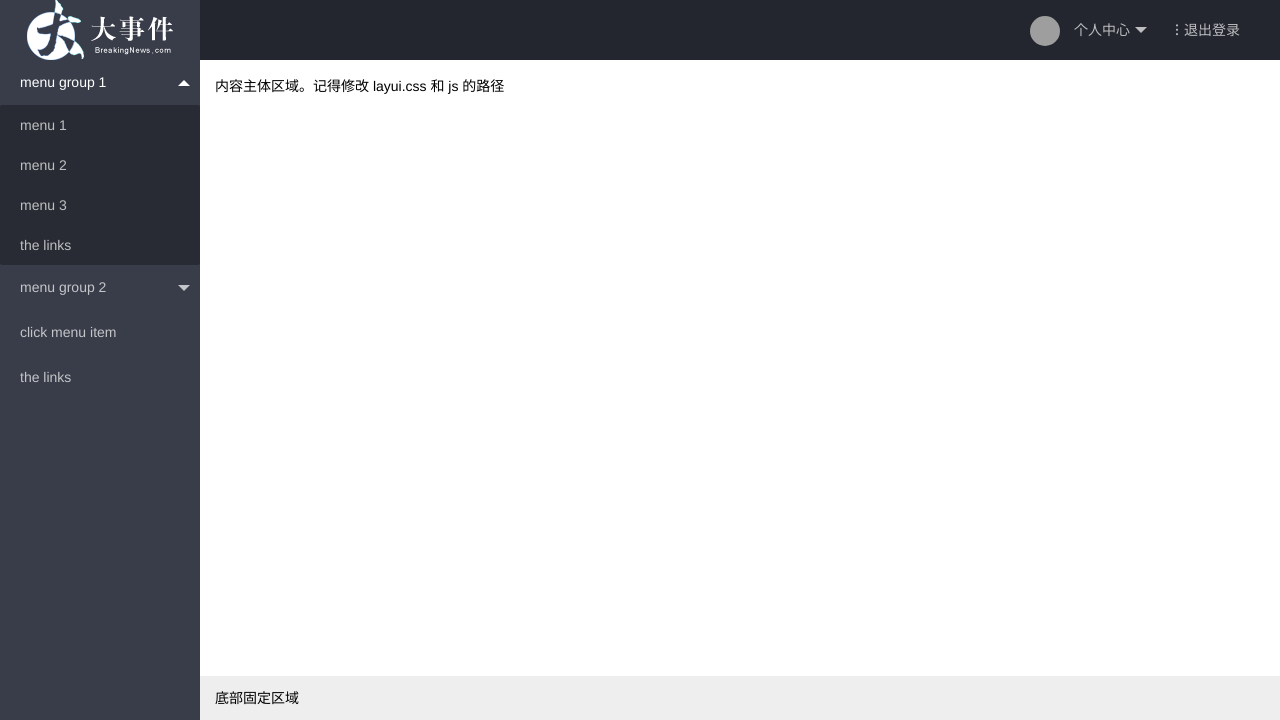
Repository: R1Deemo/Main-project
Page: index.html
These files come from the project's save history. The page is drawn as it stood at one moment and after the next save; the edit follows.
The browser window is 1280 px wide. The pictures show the whole page.
Pictures or frames that could not be fetched are drawn as grey boxes.

Above is the page before, as saved 2022-10-30 17:14:04.

After the next save:
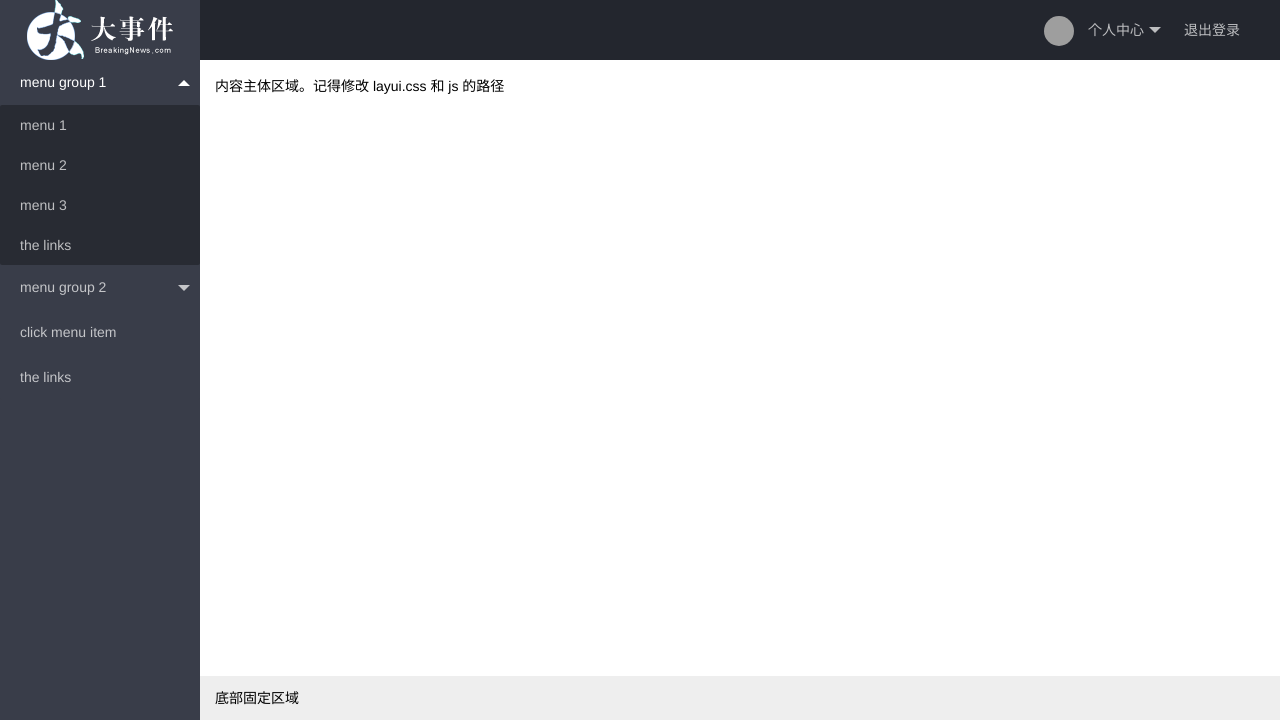
Saved 45 s later.
--- a/index.html
+++ b/index.html
@@ -43,7 +43,7 @@
                 </li>
                 <li class="layui-nav-item" lay-header-event="menuRight" lay-unselect>
                     <a href="javascript:;">
-                        <i class="layui-icon layui-icon-more-vertical">退出登录</i>
+                        <i class="layui-icon layui-icon-off">退出登录</i>
                     </a>
                 </li>
             </ul>
